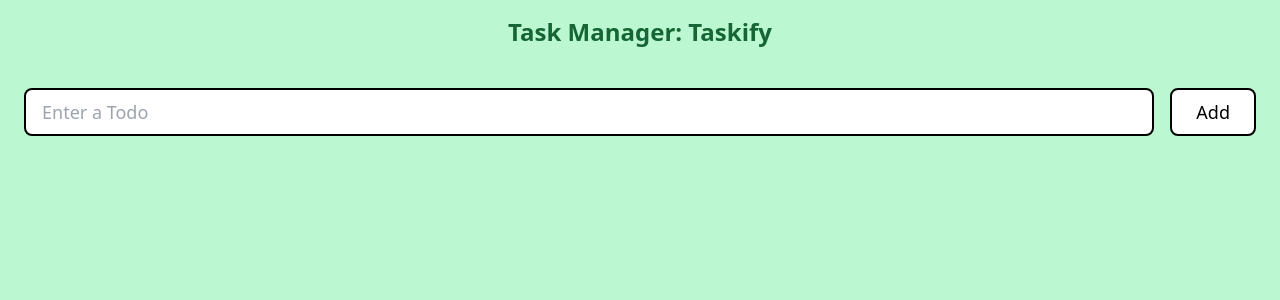
Repository: Dineshbhandari2023/Todo
Page: /
These files come from the project's save history. The page is drawn as it stood at one moment and after the next save; the edit follows.
The browser window is 1280 px wide. The pictures show the whole page.
Some web fonts or font styles are not loaded; a fallback is used. The project was rebuilt for these pictures with package versions that can differ from the ones it lists, and the page was loaded fresh each time. Also part of the build but not shown: src/Components/SingleTodo.tsx.

Above is the page before, as saved 2025-06-19 21:57:31.

After the next save:
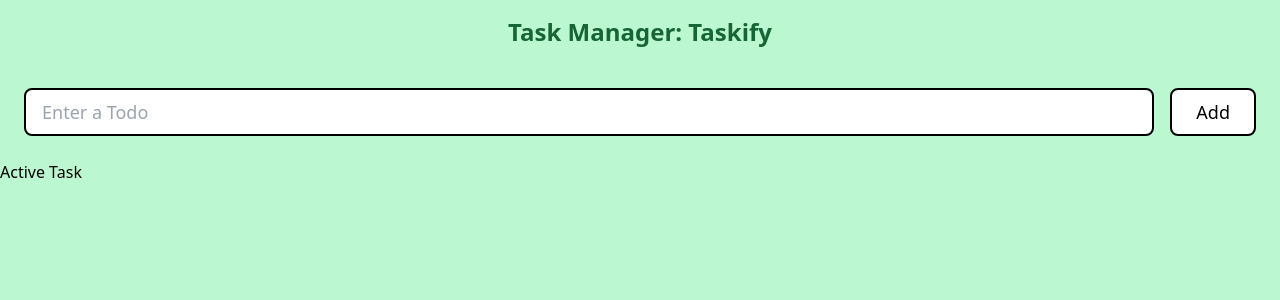
Saved 20 s later.
--- a/src/Components/TodoList.tsx
+++ b/src/Components/TodoList.tsx
@@ -10,7 +10,8 @@ interface Props {
 const TodoList = ({ todos, setTodos }: Props) => {
   return (
     <div>
-      <div>
+      <div className="">
+        <h1>Active Task</h1>
         <div>
           {todos.map((todo) => (
             <SingleTodo
